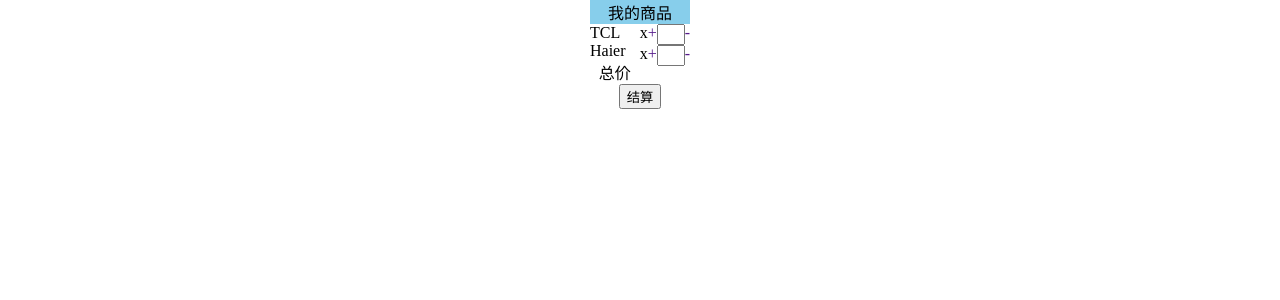
Repository: R1Deemo/Vue
Page: 10购物车.html
These files come from the project's save history. The page is drawn as it stood at one moment and after the next save; the edit follows.
The browser window is 1280 px wide. The pictures show the whole page.

Above is the page before, as saved 2022-11-14 15:21:46.

After the next save:
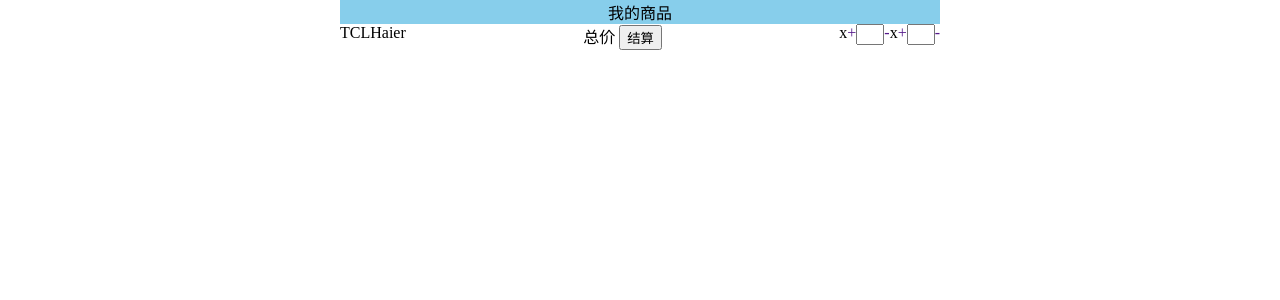
Saved 13 s later.
--- a/css/购物车.css
+++ b/css/购物车.css
@@ -41,7 +41,7 @@
 }
 
 .cart {
-    width: 100px;
-    height: 100px;
+    width: 600px;
+    height: 200px;
     margin: 0 auto;
 }
